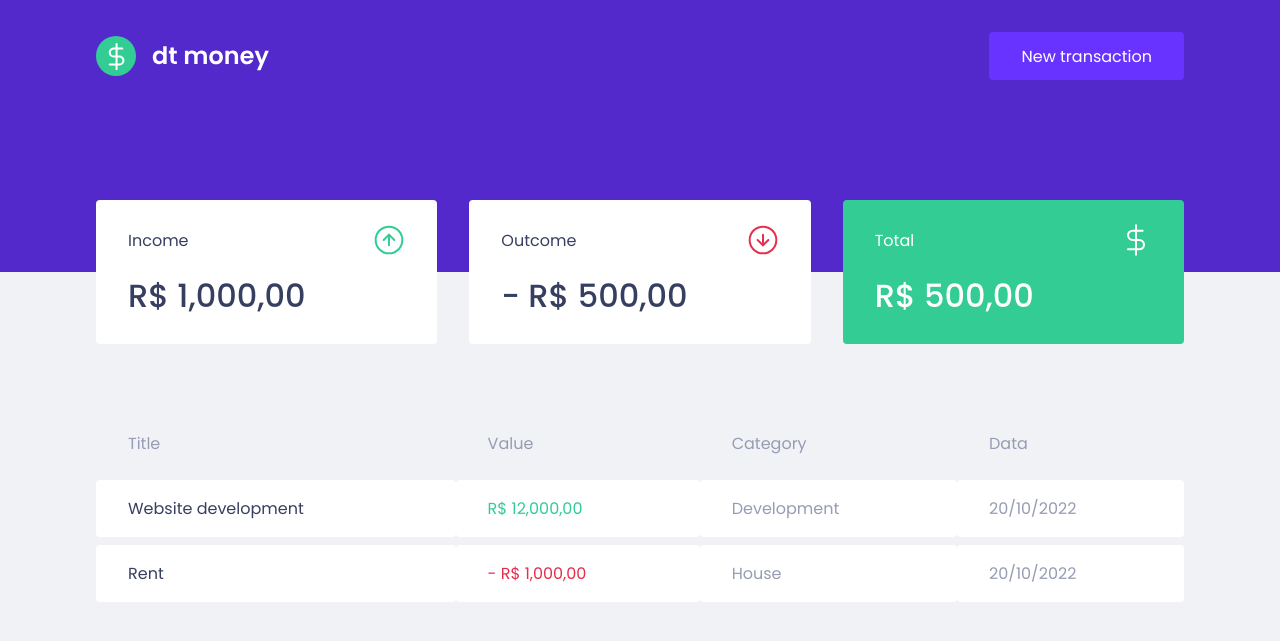
Repository: JoseGu1llardi/dtmoney
Page: /
An editor plug-in stored every save of this project. The page is shown before and after the next save, followed by the edit.
The browser window is 1280 px wide. The pictures show the whole page.
The page's requests for data from a server got no answer. The project was rebuilt for these pictures with package versions that can differ from the ones it lists, and the page was loaded fresh each time. No one was signed in, and anything a server would have sent is missing.

Above is the page before, as saved 2023-01-03 14:42:54.

### public/index.html
<!DOCTYPE html>
<html lang="en">
  <head>
    <link rel="preconnect" href="https://fonts.googleapis.com" />
    <link rel="preconnect" href="https://fonts.gstatic.com" crossorigin />

    <meta charset="utf-8" />
    <meta name="viewport" content="width=device-width, initial-scale=1" />

    <link
      href="https://fonts.googleapis.com/css2?family=Poppins:wght@400;500;600&display=swap"
      rel="stylesheet"
    />

    <link rel="shortcut icon" href="favicon.png" type="image/png" />

    <title>Guillardi Money</title>
  </head>
  <body>
    <noscript>You need to enable JavaScript to run this app.</noscript>
    <div id="root"></div>
  </body>
</html>

### src/index.tsx
import { StrictMode } from 'react';

import { createRoot } from 'react-dom/client';

import { Model, createServer } from 'miragejs';

import { App } from './App';

createServer({
  models: {
    transaction: Model,
  },

  seeds(server) {
    server.db.loadData({
      transactions: [
        {
          id: 1,
          title: "Application development",
          type: "deposit",
          category: "Development",
          amount: 10000,
          createdAt: new Date('2022-12-15 14:00:00'),
        },
        {
          id: 2,
          title: "House rent",
          type: "withdraw",
          category: "Housing/Survival",
          amount: 1500,
          createdAt: new Date('2022-12-05 09:00:00'),
        }
      ]
    })
  },

  routes() {
    this.namespace = 'api';

    this.get('/transactions', () => {
      return this.schema.all('transaction')
    });

    this.post('/transactions', (schema, request) => {
      const data = JSON.parse(request.requestBody);

      return schema.create('transaction', data);
    })
  }
});

const root = createRoot(
  document.getElementById('root') as HTMLElement
);
root.render(
  <StrictMode>
    <App />
  </StrictMode>
);

### src/App.tsx
import { useState } from 'react';

import { Header } from "./components/Header";
import { Dashboard } from "./components/Dashboard";
import { NewTransactionModal } from './components/NewTransactionModal';

import { GlobalStyle } from "./styles/global";

export function App() {
  const [isNewTransactionModalOpen, setIsNewTransactionModalOpen] = useState(false);

  function handleOpenNewTransactionModal() {
    setIsNewTransactionModalOpen(true);
  }

  function handleCloseNewTransactionModal() {
    setIsNewTransactionModalOpen(false);
  }

  return (
    <>
      <Header onOpenNewTransactionModal={handleOpenNewTransactionModal} />

      <Dashboard />

      <NewTransactionModal
        isOpen={isNewTransactionModalOpen}
        onRequestClose={handleCloseNewTransactionModal}
      />

      <GlobalStyle />
    </>
  );
}

### src/components/Header/index.tsx
import logoImg from '../../assets/logo.svg';

import { Container, Content } from './styles';

interface HeaderProps {
    onOpenNewTransactionModal: () => void;
}

export function Header({ onOpenNewTransactionModal }: HeaderProps) {

    return (
        <Container>
            <Content>
                <img src={logoImg} alt="Logo Guillardi Money" />
                <button onClick={onOpenNewTransactionModal}>
                    New transaction
                </button>

            </Content>
        </Container>
    )
}

### src/components/Dashboard/index.tsx
import { Summary } from "../Summary";
import { TransactionTable } from "../TransactionsTable";

import { Container } from "./styles";


export function Dashboard() {
    return (
        <Container>
            <Summary />
            <TransactionTable />
        </Container>
    )
}

### src/components/NewTransactionModal/index.tsx
import { useState, FormEvent } from 'react';

import { api } from '../../services/api';

import Modal from 'react-modal';

import incomeImg from '../../assets/income.svg';
import outcomeImg from '../../assets/outcome.svg';
import closeImg from '../../assets/close.svg';

import { Container, TransactionTypeContainer, RadioBox } from './styles';

Modal.setAppElement('#root');

interface NewTransactionModalProps {
    isOpen: boolean;
    onRequestClose: () => void;
}

export function NewTransactionModal({ isOpen, onRequestClose }: NewTransactionModalProps) {
    const [title, setTitle] = useState('');
    const [value, setValue] = useState(0);
    const [category, setCategory] = useState('');
    const [type, setType] = useState('deposit');

    function handleCreateNewTransaction(e: FormEvent) {
        e.preventDefault();

        const data = {
            title,
            value,
            category,
            type
        }

        api.post('/transactions', data);
    }

    return (
        <Modal
            isOpen={isOpen}
            onRequestClose={onRequestClose}
            overlayClassName='react-modal-overlay'
            className='react-modal-content'
        >
            <button
                type='button'
                className='react-modal-close'
                onClick={onRequestClose}
            >
                <img src={closeImg} alt="Logo close modal" />
            </button>

            <Container onSubmit={handleCreateNewTransaction}>
                <h2>Register transaction</h2>

                <input
                    type='text'
                    placeholder='Title'
                    value={title}
                    onChange={e => setTitle(e.target.value)}
                />

                <input
                    placeholder='Value'
                    value={value}
                    onChange={e => setValue(Number(e.target.value))}
                />

                <TransactionTypeContainer>
                    <RadioBox
                        type='button'
                        onClick={() => setType('deposit')}
                        isActive={type === 'deposit'}
                        activeColor='green'
                    >
                        <img src={incomeImg} alt="Entry" />
                        <span>Input</span>
                    </RadioBox>

                    <RadioBox
                        type='button'
                        onClick={() => setType('withdraw')}
                        isActive={type === 'withdraw'}
                        activeColor='red'
                    >
                        <img src={outcomeImg} alt="Entry" />
                        <span>Output</span>
                    </RadioBox>
                </TransactionTypeContainer>

                <input
                    type="text"
                    placeholder='Category'
                    value={category}
                    onChange={e => setCategory(e.target.value)}
                />

                <button type='submit'>
                    Register
                </button>
            </Container>
        </Modal>
    )
}

### src/styles/global.ts
import { createGlobalStyle } from "styled-components";

export const GlobalStyle = createGlobalStyle`
    :root {
        --background: #F0F2F5;
        --red: #e52e4d;
        --blue: #5429cc;
        --green: #33cc95;
        --white: #FFFFFF;

        --blue-light: #6933ff;

        --text-title: #363f5f;
        --text-body: #969cb3;

        --background: #f0f2f5;
        --shape: #ffffff;
    }

    * {
        margin: 0;
        padding: 0;
        box-sizing: border-box;
    }

    html {
        @media (max-width: 1080px) {
            font-size: 93.75%;

        @media (max-width: 720px) {
            font-size: 87.5%;
        }
    }

    }

    body {
        background: var(--background);
        -webkit-font-smoothing: antialiased;
    }

    body, input, textarea, button {
        font-family: 'Poppins', sans-serif;
        font-weight: 400;
    }

    h1, h2, h3, h4, h5, h6, strong {
        font-weight: 600;
    }

    button {
        cursor: pointer;
    }

    [disabled] {
        opacity: 0.6;
        cursor: not-allowed;
    }

    .react-modal-overlay {
        background: rgba(0, 0, 0, .5);

        position: fixed;
        top: 0;
        bottom: 0;
        left: 0;
        right: 0;

        display: flex;
        align-items: center;
        justify-content: center;
    }

    .react-modal-content {
        width: 100%;
        max-width: 576px;
        background: var(--background);
        padding: 3rem;
        position: relative;
        border-radius: .25rem;
    }

    .react-modal-close {
        position: absolute;
        right: 1.5rem;
        top: 1.5rem;
        border: 0;
        background: transparent;

        transition: filter .2s;

        &:hover {
            filter: brightness(.7);
        }
    }
`;

### src/components/Header/styles.ts
import styled from "styled-components";

export const Container = styled.header`
  background: var(--blue);
`;

export const Content = styled.div`
  max-width: 1120px;
  margin: 0 auto;

  padding: 2rem 1rem 12rem;
  display: flex;
  align-items: center;
  justify-content: space-between;

  button {
    font-size: 1rem;
    color: white;
    background: var(--blue-light);
    border: 0;
    padding: 0 2rem;
    border-radius: 0.25rem;
    height: 3rem;

    transition: filter 0.2s;

    &:hover {
      filter: brightness(0.9);
    }
  }
`;

### src/components/Summary/index.tsx
import { Container } from './styles';

import incomeImg from '../../assets/income.svg';
import outcomeImg from '../../assets/outcome.svg';
import totalImg from '../../assets/total.svg';

export function Summary() {
    return (
        <Container>
            <div>
                <header>
                    <p>Income</p>
                    <img src={incomeImg} alt="Logo income" />
                </header>
                <strong>R$ 1,000,00</strong>
            </div>

            <div>
                <header>
                    <p>Outcome</p>
                    <img src={outcomeImg} alt="Logo outcome" />
                </header>
                <strong>- R$ 500,00</strong>
            </div>

            <div className="highlight-background">
                <header>
                    <p>Total</p>
                    <img src={totalImg} alt="Logo total" />
                </header>
                <strong>R$ 500,00</strong>
            </div>
        </Container>
    )
}

### src/components/TransactionsTable/index.tsx
import { useEffect, useState } from 'react';
import { Container } from './styles';
import { api } from '../../services/api';

export function TransactionTable() {
    const [transactions, setTransactions] = useState([]);

    useEffect(() => {
        api.get('transactions')
            .then(res => setTransactions(res.data));
    }, []);

    console.log(transactions);

    return (
        <Container>
            <table>
                <thead>
                    <tr>
                        <th>Title</th>
                        <th>Value</th>
                        <th>Category</th>
                        <th>Data</th>
                    </tr>
                </thead>

                <tbody>
                    <tr>
                        <td>Website development</td>
                        <td className='deposit'>R$ 12,000,00</td>
                        <td>Development</td>
                        <td>20/10/2022</td>
                    </tr>

                    <tr>
                        <td>Rent</td>
                        <td className="withdraw">- R$ 1,000,00</td>
                        <td>House</td>
                        <td>20/10/2022</td>
                    </tr>

                </tbody>
            </table>
        </Container>
    )
}

### src/components/NewTransactionModal/styles.ts
import styled from "styled-components";

import { darken, transparentize } from "polished";

export const Container = styled.form`
  h2 {
    color: var(--text-title);
    font-size: 1.5rem;
    margin-bottom: 2rem;
  }

  input {
    width: 100%;
    height: 4rem;
    padding: 0 1.5rem;

    background: #e7e9ee;
    border-radius: 0.25rem;
    border: 1px solid #d7d7d7;

    font-weight: 400;
    font-size: 1rem;

    &::placeholder {
      color: var(--text-body);
    }

    & + input {
      margin-top: 1rem;
    }
  }

  button[type="submit"] {
    width: 100%;
    padding: 0 1.5rem;
    height: 4rem;
    background: var(--green);
    color: var(--white);
    border-radius: 0.25rem;
    border: 0;
    font-size: 1rem;
    font-weight: 600;
    margin-top: 1.5rem;

    transition: filter 0.2s;

    &:hover {
      filter: brightness(0.9);
    }
  }
`;

export const TransactionTypeContainer = styled.div`
  margin: 1rem 0;
  display: grid;
  grid-template-columns: repeat(2, 1fr);
  gap: 0.5rem;
`;

interface RadioBoxProps {
  isActive: boolean;
  activeColor: "green" | "red";
}

const colors = {
  green: "#33cc95",
  red: "#e52e4d",
};

export const RadioBox = styled.button<RadioBoxProps>`
  height: 4rem;
  border: 1px solid #d7d7d7;
  border-radius: 0.25rem;

  background: ${(props) =>
    props.isActive
      ? transparentize(0.7, colors[props.activeColor])
      : "transparent"};

  display: flex;
  align-items: center;
  justify-content: center;

  transition: border-color 0.2s;

  &:hover {
    border-color: ${darken(0.1, "#D7D7D7")};
  }

  img {
    width: 20px;
    height: 20px;
  }

  span {
    display: inline-block;
    margin-left: 1rem;
    font-size: 1rem;
    color: var(--text-title);
    font-weight: 500;
  }
`;

### src/components/Summary/styles.ts
import styled from "styled-components";

export const Container = styled.div`
  display: grid;
  grid-template-columns: repeat(3, 1fr);
  gap: 2rem;
  margin-top: -7rem;

  div {
    background: var(--shape);
    padding: 1.5rem 2rem;
    border-radius: 0.25rem;
    color: var(--text-title);

    header {
      display: flex;
      align-items: center;
      justify-content: space-between;
    }

    strong {
      display: block;
      margin-top: 1rem;
      font-size: 2rem;
      font-weight: 500;
    }

    &.highlight-background {
      background: var(--green);
      color: white;
    }
  }
`;

Loaded but not shown: src/components/Dashboard/styles.ts (common file); src/services/api.ts (common file); src/components/TransactionsTable/styles.ts (common file)

After the next save:
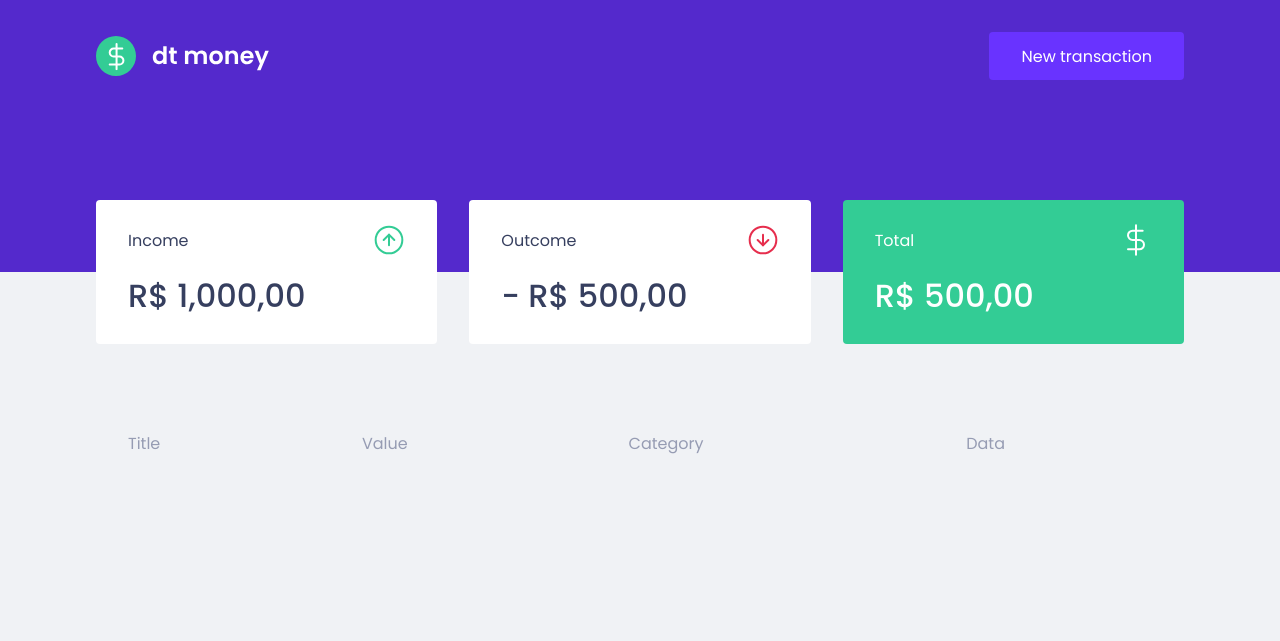
Saved 7 min 35 s later.
--- a/src/components/TransactionsTable/index.tsx
+++ b/src/components/TransactionsTable/index.tsx
@@ -1,6 +1,15 @@
 import { useEffect, useState } from 'react';
 import { Container } from './styles';
 import { api } from '../../services/api';
+
+interface Transaction {
+    id: number;
+    title: string;
+    amount: number;
+    type: string;
+    category: string;
+    createdAt: string;
+}
 
 export function TransactionTable() {
     const [transactions, setTransactions] = useState([]);
@@ -25,20 +34,16 @@ export function TransactionTable() {
                 </thead>
 
                 <tbody>
-                    <tr>
-                        <td>Website development</td>
-                        <td className='deposit'>R$ 12,000,00</td>
-                        <td>Development</td>
-                        <td>20/10/2022</td>
-                    </tr>
-
-                    <tr>
-                        <td>Rent</td>
-                        <td className="withdraw">- R$ 1,000,00</td>
-                        <td>House</td>
-                        <td>20/10/2022</td>
-                    </tr>
-
+                    {
+                        transactions.map(transaction => (
+                            <tr>
+                                <td>{transaction.title}</td>
+                                <td className='deposit'>R$ 12,000,00</td>
+                                <td>Development</td>
+                                <td>20/10/2022</td>
+                            </tr>
+                        ))
+                    }
                 </tbody>
             </table>
         </Container>
